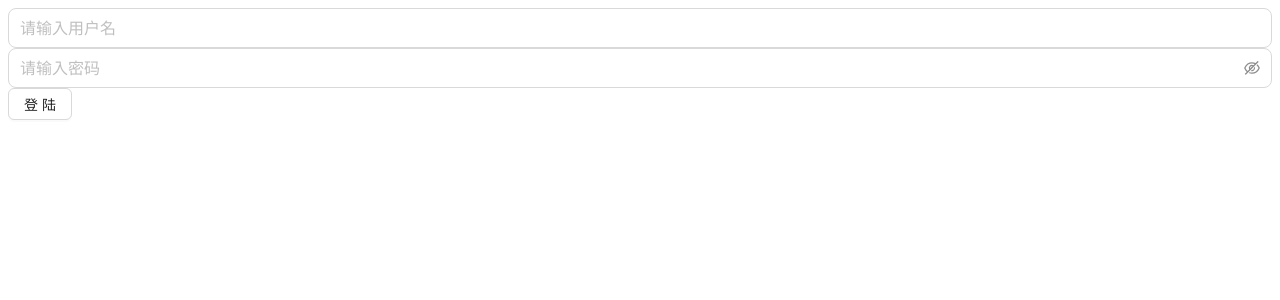
Repository: wujieli0207/tiny-flash-card
Page: /#/login
An editor plug-in stored every save of this project. The page is shown before and after the next save, followed by the edit.
The browser window is 1280 px wide. The pictures show the whole page.
The project was rebuilt for these pictures with package versions that can differ from the ones it lists, and the page was loaded fresh each time. Also part of the build but not shown: vite.config.ts.

Above is the page before, as saved 2023-06-11 17:56:58.

After the next save:
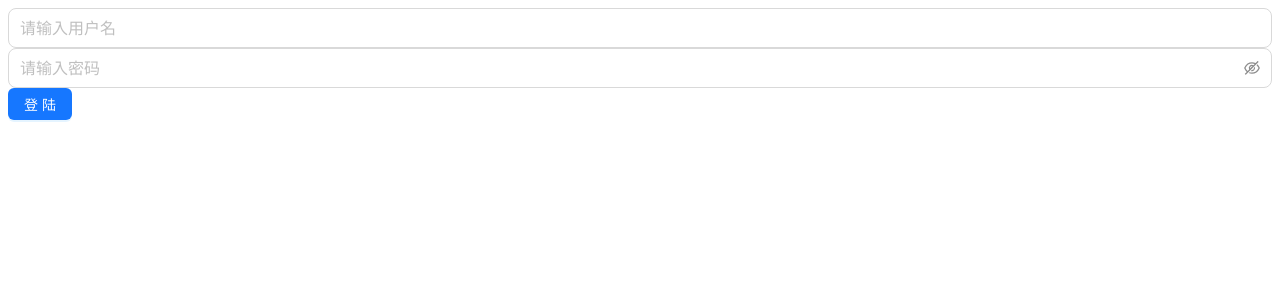
Saved 9 s later.
--- a/src/client/pages/login.tsx
+++ b/src/client/pages/login.tsx
@@ -9,7 +9,7 @@ const Login = () => {
       <div>
         <Input placeholder="请输入用户名" size="large" />
         <Input.Password placeholder="请输入密码" size="large" />
-        <Button> 登 陆</Button>
+        <Button type="primary"> 登 陆</Button>
       </div>
     </>
   )
